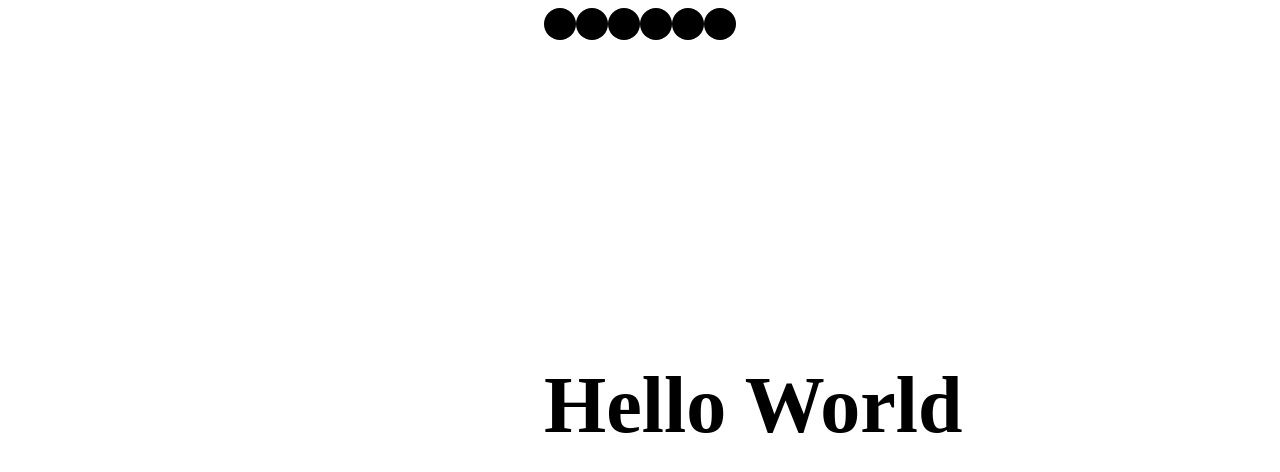
Repository: sarahlochhead/css-demo
Page: index.html
The author's editor kept a copy of each file at every save. The page is drawn from the files as they stood at one save, then again after a run of saves.
The browser window is 1280 px wide. The pictures show the whole page.

Above is the page before, as saved 2023-04-28 12:24:52.

After the next 2 saves:
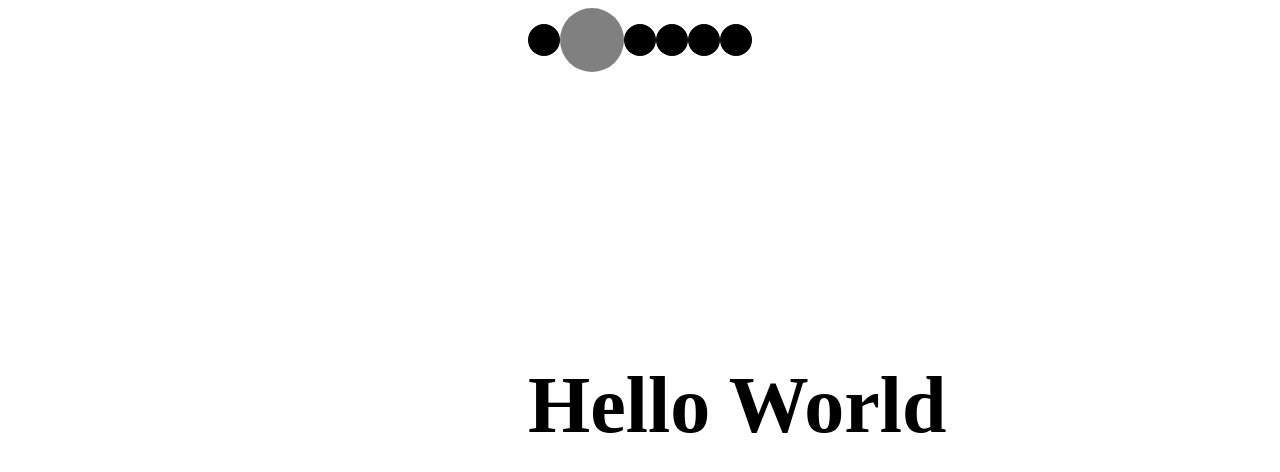
The 2 saves are shown as one change because they came seconds apart.
The last was saved 5 s later.
--- a/index.html
+++ b/index.html
@@ -17,7 +17,7 @@
     </div>
 
     <div class="small"></div>
-    <div class="small"></div>
+    <div class="medium"></div>
     <div class="small"></div>
     <div class="small"></div>
     <div class="small"></div>
